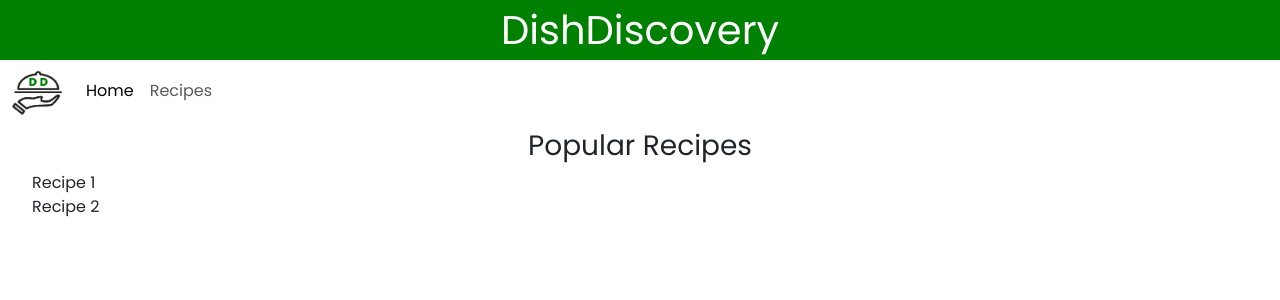
Repository: ParkerW98/DishDiscovery
Page: docs/index.html
These files come from the project's save history. The page is drawn as it stood at one moment and after the next save; the edit follows.
The browser window is 1280 px wide. The pictures show the whole page.

Above is the page before, as saved 2023-04-10 16:53:36.

### docs/index.html
<!DOCTYPE html>
<html lang="en">
<head>
    <meta charset="UTF-8">
    <meta http-equiv="X-UA-Compatible" content="IE=edge">
    <meta name="viewport" content="width=device-width, initial-scale=1.0">
    <meta name="author" content="Parker Williams">
    <meta name="title" content="Dish Discovery">
    <meta name="description" content="Discover fun and new cooking recipes with the ingredients you already have in your fridge!">
    <meta name="keywords" content="Cooking, Recipe">
<!-- Bootstrap CSS -->
    <link rel="stylesheet" type="text/css" href="css/bootstrap.css">
    <link rel="stylesheet" type="text/css" href="headerstyle.css">
    <link rel="stylesheet" type="text/css" href="navstyle.css">
    <link rel="stylesheet" type="text/css" href="sitestyle.css">
    <link rel="stylesheet" type="text/css" href="https://fonts.googleapis.com/css?family=Poppins">
<!-- Bootstrap js -->
    <script src="js/bootstrap.js"></script>
<!-- Page title - adjust accordingly for each new page added -->
    <title>Recipe Discovery - DishDiscovery - Home Page</title>
</head>
<body>
<!-- Page Header. To show on every page above the nav -->
<header>
    <h1 class="container-fluid" id="dd-title">DishDiscovery</h1>
</header>
<main>
<!-- Responsive nav bar -->
    <nav class="navbar navbar-expand-sm">
        <div class="container-fluid">
            <a class="navbar-brand" href="index.html">
                <img src="../assets/D.png"
                alt="Dish Discovery logo - a hand holding a plate covered with a cloche with the letters DD"
                width="50px" height="50px">
            </a>
            <button class="navbar-toggler collapsed d-flex d-sm-none flex-column justify-content-around" type="button"
            data-bs-toggle="collapse" data-bs-target="#navbar1"
            aria-controls="navbar1" aria-expanded="false" aria-label="Toggle navigation">
                <span  class="toggler-icon top-bar"></span>
                <span  class="toggler-icon middle-bar"></span>
                <span  class="toggler-icon bottom-bar"></span>
            </button>
            <div class="collapse navbar-collapse" id="navbar1">
                <ul class="nav navbar-nav">
                    <li class="nav-item">
                        <a class="nav-link active" aria-current="page" href="index.html">Home</a>
                    </li>
                    <li class="nav-item">
                        <a class="nav-link" href="recipe.html">Recipes</a>
                    </li>
                </ul>
            </div>
        </div>
    </nav>

    <h3 class="container-fluid" id="poprec">Popular Recipes</h3>
    <ul class="popreclist">
        <li>Recipe 1</li>
        <li>Recipe 2</li>
    </ul>
</main>
</body>
</html>

### docs/headerstyle.css
header {
    margin-top: -15px;
    margin-bottom: -15px;
    background-color: green;
}

#dd-title {
    line-height: 150%;
    font-family: 'Poppins', serif;
    text-align: center;
    color: white;
    margin-top: 15px;
}

### docs/navstyle.css
.navbar-toggler {
    width: 30px;
    height: 20px;
    position: relative;
    transition: .5s ease-in-out;
}

.navbar-toggler,
.navbar-toggler:focus,
.navbar-toggler:active,
.navbar-toggler-icon:focus {
    outline: none;
    box-shadow: none;
    border: 0;
    position: relative;
}

.navbar-toggler span {
    margin: 0;
    padding: 0;
}

.toggler-icon {
    display: block;
    position: absolute;
    height: 3px;
    width: 100%;
    background: #d3531a;
    border-radius: 1px;
    opacity: 1;
    left: 0;
    transform: rotate(0deg);
    transition: .25s ease-in-out;
}

.middle-bar {
    margin-top: 0px;
}

/* when navigation is clicked */

.navbar-toggler .top-bar {
    top: inherit;
    transform: rotate(135deg);
}

.navbar-toggler .middle-bar {
    opacity: 0;
    top: inherit;
    filter: alpha(opacity=0);
}

.navbar-toggler .bottom-bar {
    top: inherit;
    transform: rotate(-135deg);
}

/* State when the navbar is collapsed */

.navbar-toggler.collapsed .top-bar {
    position: absolute;
    top: 0px;
    transform: rotate(0deg);
}

.navbar-toggler.collapsed .middle-bar {
    opacity: 1;
    position: absolute;
    top: 10px;
    filter: alpha(opacity=100);
}

.navbar-toggler.collapsed .bottom-bar {
    position: absolute;
    top: 20px;
    transform: rotate(0deg);
}

/* color of three lines */

.navbar-toggler.collapsed .toggler-icon {
    background: linear-gradient(90deg, rgba(0,128,0,1) 45%, rgba(2555,255,255,1) 100%);
}

.navbar-brand {
    color: green;
}

### docs/sitestyle.css
body {

}

main {
    font-family: 'Poppins', serif;
}

#poprec {
    text-align: center;
}

.popreclist {
    text-decoration: none;
    list-style: none;
}

### docs/headerNavStyle.css
/* style for the header */
header {
    margin-top: -15px;
    margin-bottom: -15px;
    background-color: green;
}

#dd-title {
    line-height: 150%;
    font-family: 'Poppins', serif;
    text-align: center;
    color: white;
    margin-top: 15px;
}

/* style for the navigation */

.navbar-toggler {
    width: 30px;
    height: 20px;
    position: relative;
    transition: .5s ease-in-out;
}

.navbar-toggler,
.navbar-toggler:focus,
.navbar-toggler:active,
.navbar-toggler-icon:focus {
    outline: none;
    box-shadow: none;
    border: 0;
    position: relative;
}

.navbar-toggler span {
    margin: 0;
    padding: 0;
}

.toggler-icon {
    display: block;
    position: absolute;
    height: 3px;
    width: 100%;
    background: #d3531a;
    border-radius: 1px;
    opacity: 1;
    left: 0;
    transform: rotate(0deg);
    transition: .25s ease-in-out;
}

.middle-bar {
    margin-top: 0px;
}

/* when navigation is clicked */

.navbar-toggler .top-bar {
    top: inherit;
    transform: rotate(135deg);
}

.navbar-toggler .middle-bar {
    opacity: 0;
    top: inherit;
    filter: alpha(opacity=0);
}

.navbar-toggler .bottom-bar {
    top: inherit;
    transform: rotate(-135deg);
}

/* State when the navbar is collapsed */

.navbar-toggler.collapsed .top-bar {
    position: absolute;
    top: 0px;
    transform: rotate(0deg);
}

.navbar-toggler.collapsed .middle-bar {
    opacity: 1;
    position: absolute;
    top: 10px;
    filter: alpha(opacity=100);
}

.navbar-toggler.collapsed .bottom-bar {
    position: absolute;
    top: 20px;
    transform: rotate(0deg);
}

/* color of three lines */

.navbar-toggler.collapsed .toggler-icon {
    background: linear-gradient(90deg, rgba(0,128,0,1) 45%, rgba(2555,255,255,1) 100%);
}

.navbar-brand {
    color: green;
}

Loaded but not shown: docs/css/bootstrap.css (library); docs/js/bootstrap.js (library)

After the next save:
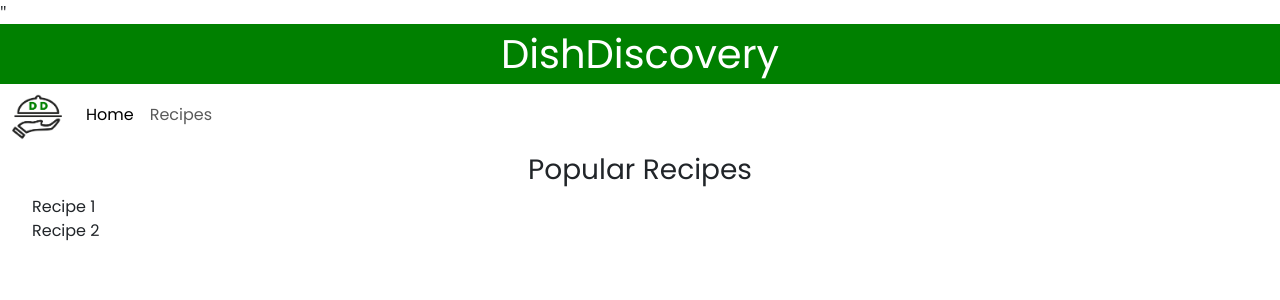
Saved 24 s later.
--- a/docs/index.html
+++ b/docs/index.html
@@ -10,8 +10,7 @@
     <meta name="keywords" content="Cooking, Recipe">
 <!-- Bootstrap CSS -->
     <link rel="stylesheet" type="text/css" href="css/bootstrap.css">
-    <link rel="stylesheet" type="text/css" href="headerstyle.css">
-    <link rel="stylesheet" type="text/css" href="navstyle.css">
+    <link rel="stylesheet" type="text/css" href="headerNavStyle.css">"
     <link rel="stylesheet" type="text/css" href="sitestyle.css">
     <link rel="stylesheet" type="text/css" href="https://fonts.googleapis.com/css?family=Poppins">
 <!-- Bootstrap js -->

After the save that followed:
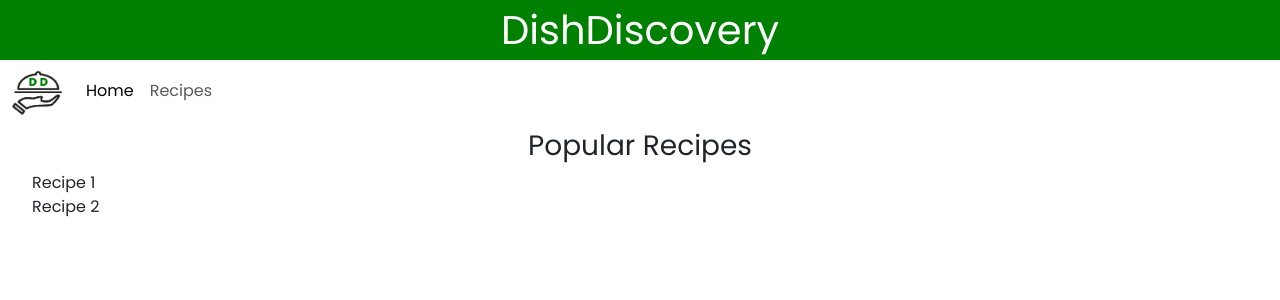
Saved 6 s later.
--- a/docs/index.html
+++ b/docs/index.html
@@ -10,7 +10,7 @@
     <meta name="keywords" content="Cooking, Recipe">
 <!-- Bootstrap CSS -->
     <link rel="stylesheet" type="text/css" href="css/bootstrap.css">
-    <link rel="stylesheet" type="text/css" href="headerNavStyle.css">"
+    <link rel="stylesheet" type="text/css" href="headerNavStyle.css">
     <link rel="stylesheet" type="text/css" href="sitestyle.css">
     <link rel="stylesheet" type="text/css" href="https://fonts.googleapis.com/css?family=Poppins">
 <!-- Bootstrap js -->
